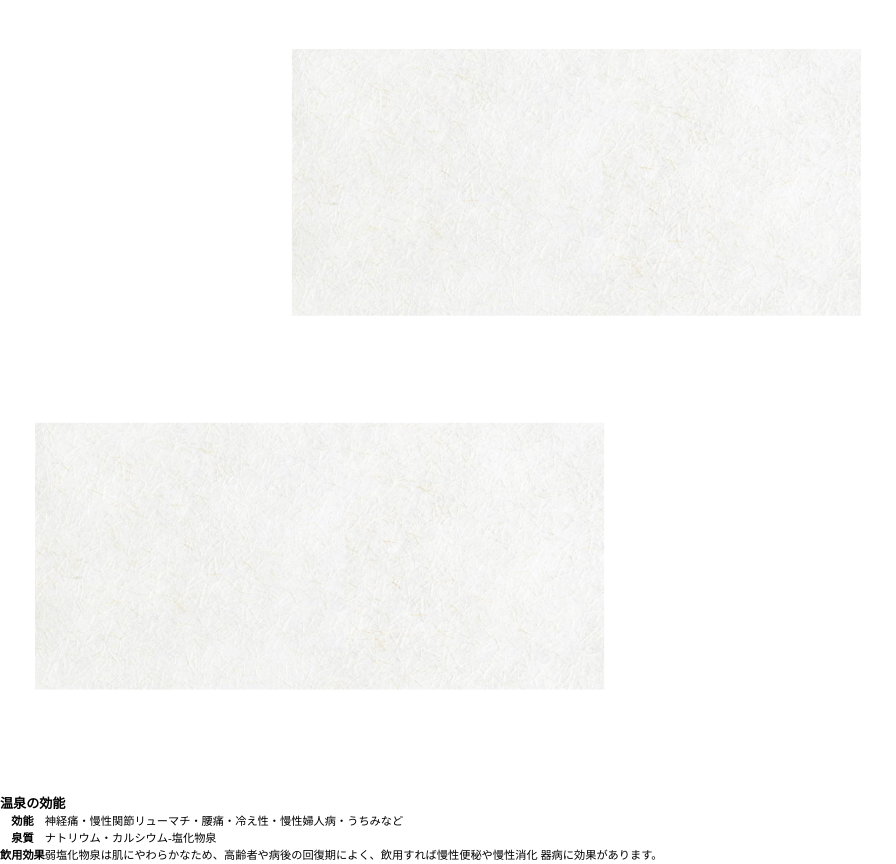
Repository: yuukiyokoyama/compex1
Page: hot-spring.html
The author's editor kept a copy of each file at every save. The page is drawn from the files as they stood at one save, then again after the next save.
The browser window is 1280 px wide. The pictures show the part of the page from y = 930 to 2850 px (the page is 2164 px tall before and 2850 px after), at 70% of full size.
The style sheet was rebuilt from its Sass, Less or Tailwind sources for each picture, by a compiler version that may differ from the author's.

Above is the page before, as saved 2021-09-20 13:26:38.

After the next save:
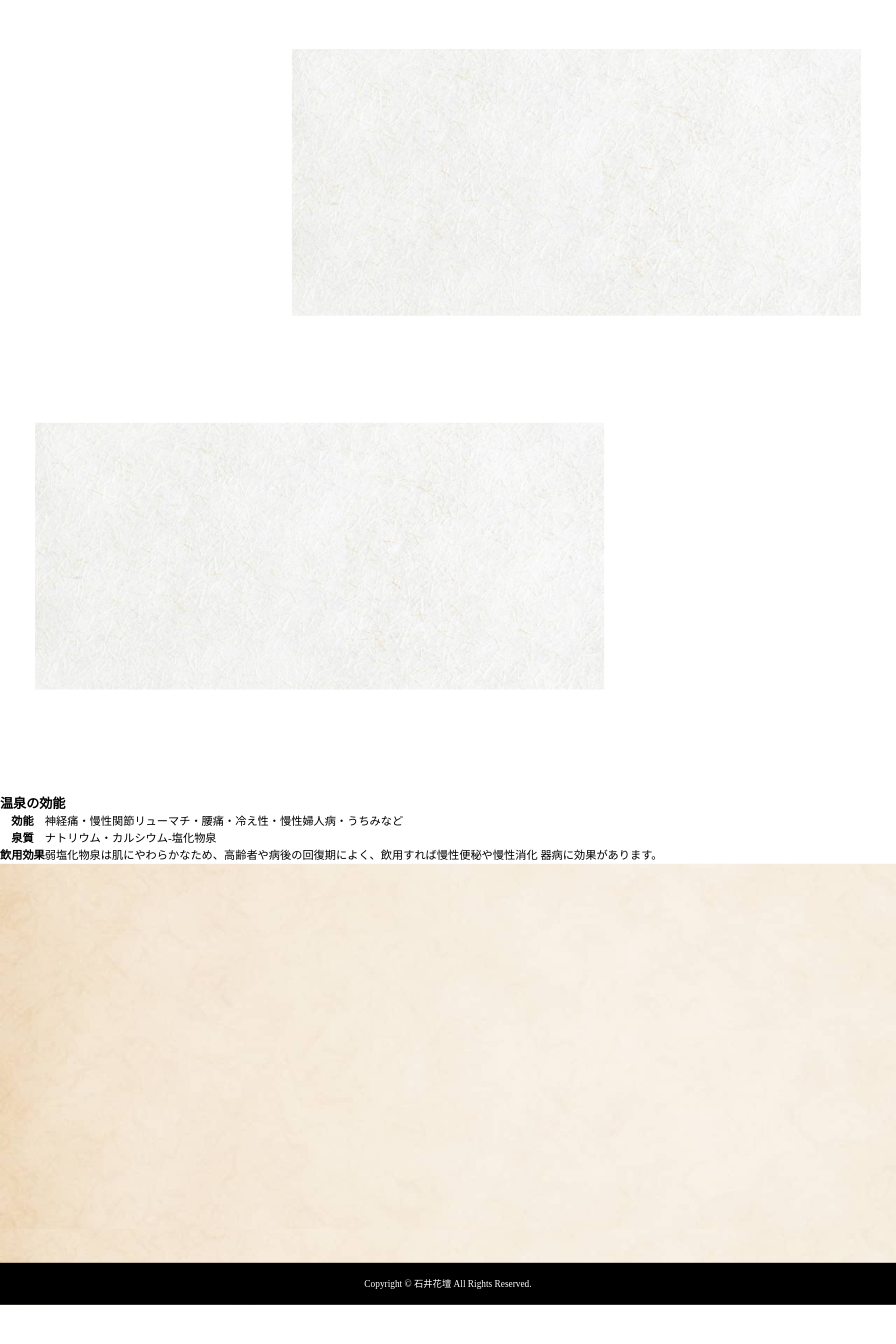
Saved 27 s later.
--- a/hot-spring.html
+++ b/hot-spring.html
@@ -280,5 +280,36 @@
         </div>
       </section>
     </main>
+    <footer class="footer">
+      <div class="footer__head aos-init" data-aos="fade-up" data-aos-duration="2000">
+        <ul class="page-link">
+          <li class="page-link__category">
+            <a href="https://yosipblog.com/hot-spring.html">温泉</a>
+          </li>
+          <li class="page-link__category">
+            <a href="https://yosipblog.com/cuisine.html">お料理</a>
+          </li>
+          <li class="page-link__category">
+            <a href="https://yosipblog.com/room.html">お部屋</a>
+          </li>
+        </ul>
+        <div class="footer__company aos-init" data-aos="fade-up" data-aos-duration="2000">
+          <a class="footer__company-name" href="https://yosipblog.com/index.html">石井花壇</a>
+          <p class="footer__company-address">
+            〒000-0000<span class="footer__company--right">山形県鶴岡市xxxxxxxxxxx</span>
+          </p>
+          <p class="footer__company-tel">
+            TEL.000-0000-0000
+            <span class="footer__company--right">FAX.00-0000-0000</span>
+          </p>
+        </div>
+        <!--footer__company-->
+      </div>
+      <!--footer__head-->
+      <div class="footer__foot">
+        <small>Copyright © 石井花壇 All Rights Reserved.</small>
+      </div>
+      <!--footer_foot-->
+    </footer>
   </body>
 </html>
